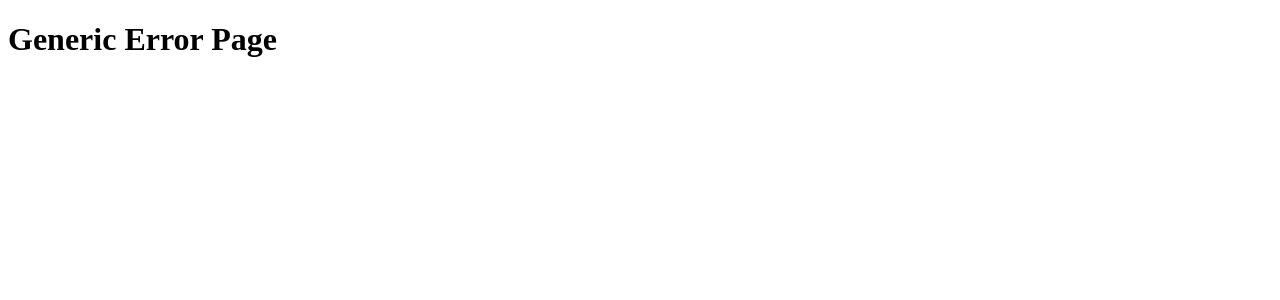
Repository: bona-hub/281_be_html
Page: smart-robot/src/main/java/com/cloud281_project/error.html
The author's editor kept a copy of each file at every save. The page is drawn from the files as they stood at one save, then again after the next save.
The browser window is 1280 px wide. The pictures show the whole page.

Above is the page before, as saved 2024-12-02 00:38:15.

After the next save:
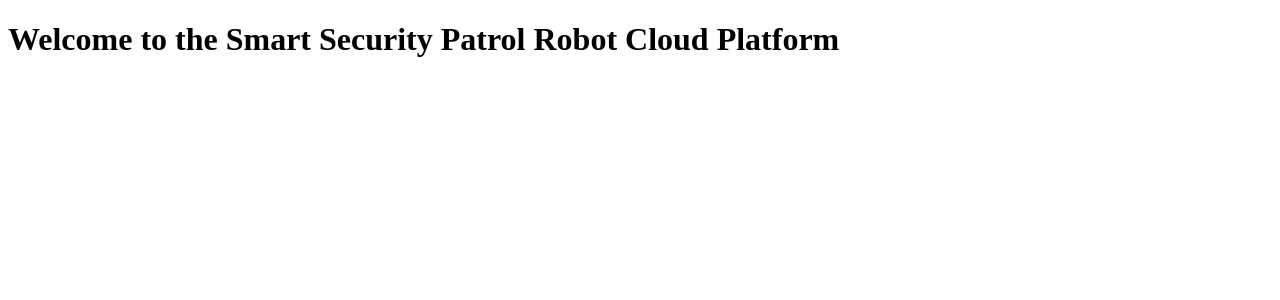
Saved 2 min 6 s later.
--- a/smart-robot/src/main/java/com/cloud281_project/error.html
+++ b/smart-robot/src/main/java/com/cloud281_project/error.html
@@ -1,13 +1,11 @@
 <!DOCTYPE html>
-
-<html lang = "welcome.html">
-
+<html lang="en">
 <head>
-<title>Page</title>
+    <meta charset="UTF-8">
+    <meta name="viewport" content="width=device-width, initial-scale=1.0">
+    <title>Welcome</title>
 </head>
-
 <body>
-<h1>Generic Error Page</h1>
+    <h1>Welcome to the Smart Security Patrol Robot Cloud Platform</h1>
 </body>
-
 </html>
